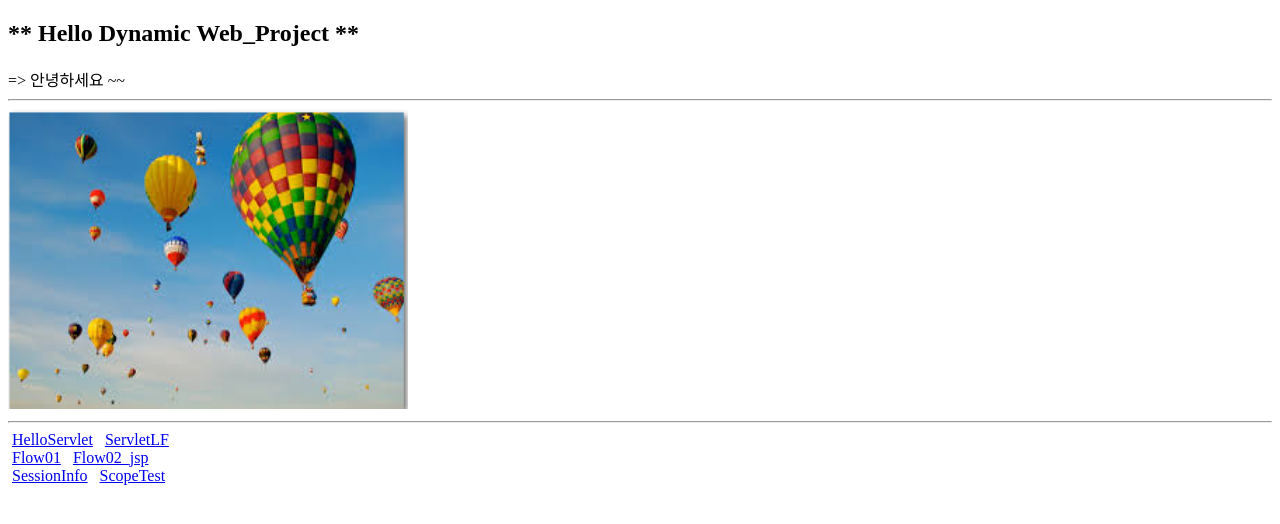
Repository: nameground/Java
Page: http://localhost/Web01/
An editor plug-in stored every save of this project. The page is shown before and after the next save, followed by the edit.
The browser window is 1280 px wide. The pictures show the whole page.
The page is served by Tomcat 9. Nobody is signed in. The application's start-up code is not run.

Above is the page before, as saved 2023-10-12 00:59:41.

After the next save:
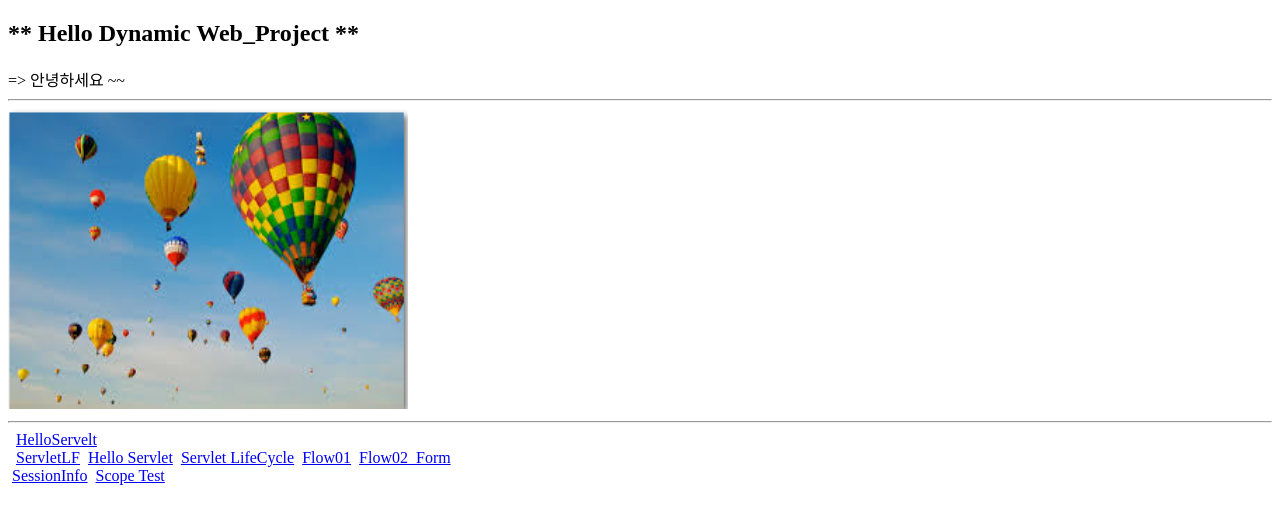
Saved 1 s later.
--- a/mTest/Mywork/Web01/src/main/webapp/index.jsp
+++ b/mTest/Mywork/Web01/src/main/webapp/index.jsp
@@ -4,21 +4,21 @@
 <html>
 <head>
 <meta charset="UTF-8">
-<title>** Web01_JSP **</title>
+<title>Insert title here</title>
 </head>
 <body>
 <h2>** Hello Dynamic Web_Project **</h2>
-=> 안녕하세요 ~~<br>
+=> 안녕하세요 ~~ <br>
 <hr>
-<img src="./images/a2.png" width="400" height="300">
+<img src="./images/a2.png" width ="400" height="300">
 <hr>
-&nbsp;<a href="/Web01/helloS">HelloServlet</a>&nbsp;
-&nbsp;<a href="/Web01/lifecycle">ServletLF</a><br>
-&nbsp;<a href="/Web01/flow01">Flow01</a>&nbsp;
-&nbsp;<a href="/Web01/servletTestForm/flow02_TestForm.jsp">Flow02_jsp</a><br>
-&nbsp;<a href="/Web01/sessioni">SessionInfo</a>&nbsp;
-&nbsp;<a href="/Web01/01set">ScopeTest</a>&nbsp;
-
-
+&nbsp; <a href="/Web01/helloS">HelloServelt</a> <br>
+&nbsp; <a href="/Web01/lifecycle">ServletLF</a>
+&nbsp;<a href="/Web01/helloS">Hello Servlet</a>
+&nbsp;<a href="/Web01/lifeCycle">Servlet LifeCycle</a>
+&nbsp;<a href="/Web01/flow01">Flow01</a>
+&nbsp;<a href="/Web01/servletTestForm/flow02_TestForm.jsp">Flow02_Form</a><br>
+&nbsp;<a href="/Web01/sessioni">SessionInfo</a>
+&nbsp;<a href="/Web01/01set">Scope Test</a>
 </body>
 </html>
